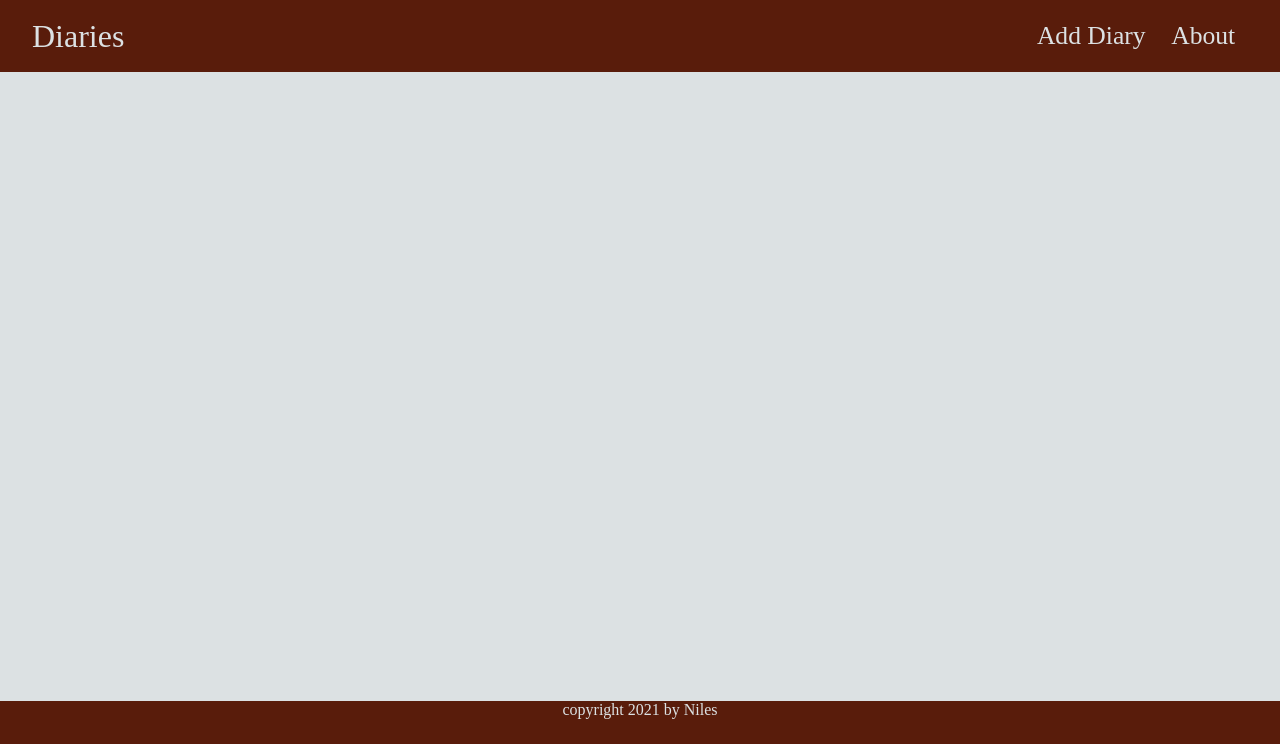
Repository: Tun-Dev/mydiary
Page: /
These files come from the project's save history. The page is drawn as it stood at one moment and after the next save; the edit follows.
The browser window is 1280 px wide. The pictures show the whole page.
The project was rebuilt for these pictures with package versions that can differ from the ones it lists, and the page was loaded fresh each time. Requests to the local data server were answered from the project's data file. Also part of the build but not shown: src/Components/About.js.

Above is the page before, as saved 2021-05-12 13:59:45.

### public/index.html
<!DOCTYPE html>
<html lang="en">
  <head>
    <meta charset="utf-8" />
    <link rel="icon" href="%PUBLIC_URL%/favicon.ico" />
    <meta name="viewport" content="width=device-width, initial-scale=1" />
    <meta name="theme-color" content="#000000" />
    <meta
      name="description"
      content="An Application To Keep Your Diary Save Online"
    />
    <link rel="apple-touch-icon" href="%PUBLIC_URL%/logo192.png" />
    <!--
      manifest.json provides metadata used when your web app is installed on a
      user's mobile device or desktop. See https://developers.google.com/web/fundamentals/web-app-manifest/
    -->
    <link rel="manifest" href="%PUBLIC_URL%/manifest.json" />
    <!--
      Notice the use of %PUBLIC_URL% in the tags above.
      It will be replaced with the URL of the `public` folder during the build.
      Only files inside the `public` folder can be referenced from the HTML.

      Unlike "/favicon.ico" or "favicon.ico", "%PUBLIC_URL%/favicon.ico" will
      work correctly both with client-side routing and a non-root public URL.
      Learn how to configure a non-root public URL by running `npm run build`.
    -->
    <title>MyDiary</title>
  </head>
  <body>
    <noscript>You need to enable JavaScript to run this app.</noscript>
    <div id="root"></div>
    <!--
      This HTML file is a template.
      If you open it directly in the browser, you will see an empty page.

      You can add webfonts, meta tags, or analytics to this file.
      The build step will place the bundled scripts into the <body> tag.

      To begin the development, run `npm start` or `yarn start`.
      To create a production bundle, use `npm run build` or `yarn build`.
    -->
  </body>
</html>

### src/index.js
import React from 'react';
import ReactDOM from 'react-dom';
import {BrowserRouter} from 'react-router-dom'
import App from './App';


ReactDOM.render(

  <React.StrictMode>
  <BrowserRouter>
    <App />
    </BrowserRouter>
  </React.StrictMode>,
  document.getElementById('root')
);

// If you want to start measuring performance in your app, pass a function
// to log results (for example: reportWebVitals(console.log))
// or send to an analytics endpoint. Learn more: https://bit.ly/CRA-vitals

### src/App.js
import React from "react";
import {Switch, Route} from 'react-router-dom';
import GlobalStyle from './GlobalStyle';

// import components
import Nav from './Layout/Nav';
import Footer from './Layout/Footer';
import DiaryHome from './Components/DiaryHome'
import About from './Components/About';

function App() {
  return (
    <div className="App">
    <GlobalStyle />
    <Nav />
    <div className="container">
    <Switch>
    <Route exact path="/">
    <DiaryHome />
    </Route>
    <Route exact path="/About">
    <About />
    </Route>
    </Switch>
    </div>
    <Footer />
    </div>
  );
}

export default App;

### src/GlobalStyle.js
import {createGlobalStyle} from 'styled-components';

const GlobalStyle = createGlobalStyle`
  * {
      margin: 0;
      padding: 0;
      box-sizing: border-box;
  }
  body {
 background-color: #dce1e3;
}
 a {
    text-decoration: none;
}
.container {
    margin: 3rem 14rem;
    height: 74vh;
}
`

export default GlobalStyle;

### src/Layout/Nav.js
import React from 'react';
import styled from 'styled-components';
import {Link} from 'react-router-dom'

const Nav = () => {
    return (
        <NavBar>
          <nav>
         <div className="header">
           Diaries
         </div>
         <ul className="navItens">
           <li><Link to="">Add Diary</Link></li>
           <li><Link to="/About">About</Link></li>
         </ul>
          </nav>
        </NavBar>
    )
}
const NavBar = styled.div`

  nav {
    display: flex;
    justify-content: space-between;
    align-items: center;
    background-color: #591c0b;
     height: 10vh;
     color: #dce1e3;
}
.header {
    margin: 0 2rem;
    font-size: 2rem;
}
ul {
    display: flex;
    margin: 0 2rem;
}
ul li {
    list-style: none;
    margin: 0 0.8rem;
}
ul li a {
    color: #dce1e3;
    font-size: 1.6rem;
}
`;

export default Nav;

### src/Layout/Footer.js
import React from 'react';
import styled from 'styled-components'

const Footer = () => {
    return (
        <Foot>
            copyright 2021 by Niles
        </Foot>
    )
}
const Foot = styled.div`
text-align: center;
background-color:  #591c0b;
 height: 6vh;
     color: #dce1e3;
`
export default Footer

### src/Components/DiaryHome.js
import React from 'react';
import useFetch from '../useFetch';
import Diary from './Diary';

const DiaryHome = () => {
  const {diaries, isPending, error} = useFetch('http://localhost:8000/drafts');
    return (
        <div>
         {error && <div> {error} </div>}
         {isPending && <div>Loading... </div>}
          {diaries && <Diary diaries={diaries} />}
        </div>
    )
}

export default DiaryHome

### src/useFetch.js
import {useState, useEffect} from 'react';

 const useFetch = (url) => {
     const [ diaries, setDiaries ] = useState("null");
  const [isPending, setIsPending] = useState(true);
  const [error, setError] = useState(null);

  useEffect( () => {
    fetch(url)
  .then(response =>{
    if(!response.ok) {
      throw Error('Could not fetch data for that resource please try again.')
    }
    response.json()
  })
  .then(data => {
  setDiaries(data);
  setIsPending(false);
  setError(null);
  })
  .catch(err =>{
    setIsPending(false);
    setError(err.message)
  })
  }, [url] )

  return {diaries, isPending, error }
}

export default useFetch;

### src/Components/Diary.js
import React from 'react';

const Diary = ({diaries}) => {
    diaries = Array.from(diaries);
    return (
        <div>
            {diaries.map((diary) => {
              return (
              <div>
                <h2 className="diaryTitle">{diary.title}</h2>
                <p className="diaryDate">{diary.date}</p>
              </div>
              );
              })};
        </div>
    )
}

export default Diary

### Data/db.json
{
   "drafts": [
        {
            "title": "my experience at school today",
            "date": "2021-11-23",
            "body": "today i had a good day",
            "id": "1"
        },
        {
            "title": "my experience at church today",
            "date": "2021-01-13",
            "body": "today i had a good day with the lord today",
            "id": "2"
        },
        {
            "title": "my experience at church today",
            "date": "2021-01-13",
            "body": "today i had a good day with the lord today",
            "id": "2"
        }
    ]
}

After the next save:
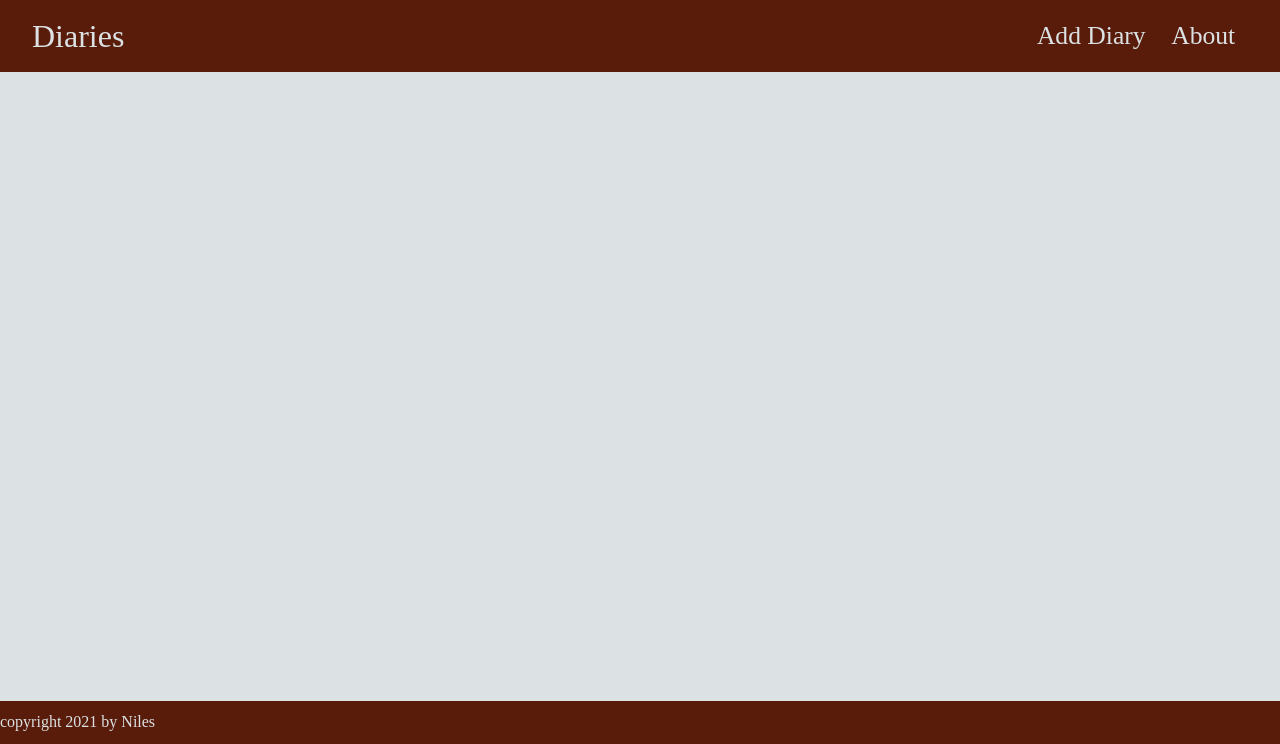
Saved 55 s later.
--- a/src/Layout/Footer.js
+++ b/src/Layout/Footer.js
@@ -9,9 +9,11 @@ const Footer = () => {
     )
 }
 const Foot = styled.div`
+display: flex;
+align-items: center;
 text-align: center;
 background-color:  #591c0b;
- height: 6vh;
-     color: #dce1e3;
+height: 6vh;
+color: #dce1e3;
 `
 export default Footer
